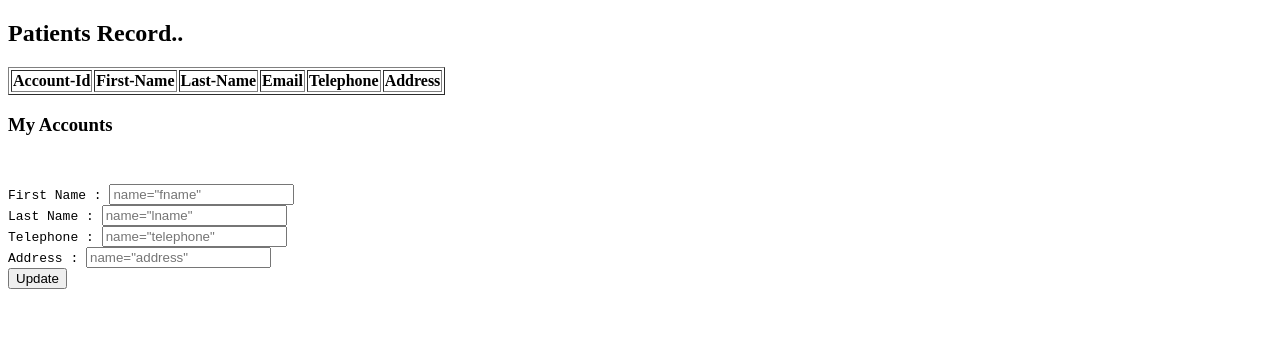
Repository: anujsoni10001/JSP-Servlet
Page: http://localhost/Minor/staff-patient.jsp
The author's editor kept a copy of each file at every save. The page is drawn from the files as they stood at one save, then again after a run of saves.
The browser window is 1280 px wide. The pictures show the whole page.
The page is served by Tomcat 9. Queries for data that is not in the repository find no rows.

Above is the page before, as saved 2019-03-23 05:30:08.

After the next 2 saves:
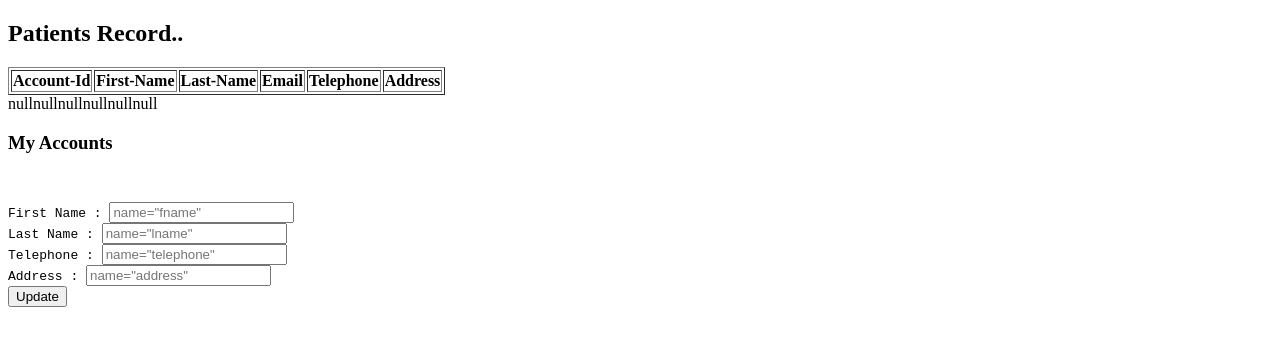
The 2 saves are shown as one change because 1 did not build or start.
The last was saved 25 s later.
--- a/FinalProject/minor - Copy/Minor/WebContent/staff-patient2.jsp
+++ b/FinalProject/minor - Copy/Minor/WebContent/staff-patient2.jsp
@@ -7,7 +7,7 @@
 String email=request.getParameter("email");
 String telephone=request.getParameter("telephone");
 String address=request.getParameter("address");
-out.println();
+out.println(a_id+fname+lname+email+telephone+address);
 %>
 <%@ page language="java" contentType="text/html; charset=ISO-8859-1"
     pageEncoding="ISO-8859-1"%>

After the save that followed:
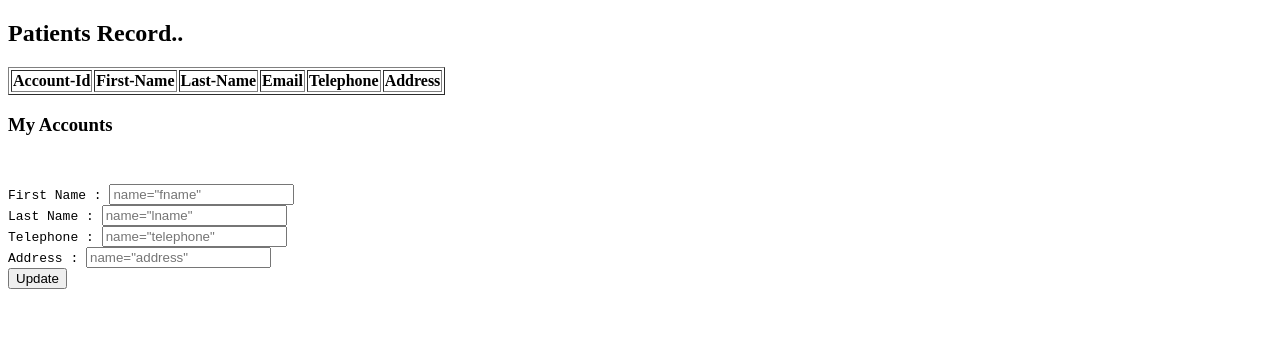
Saved 38 s later.
--- a/FinalProject/minor - Copy/Minor/WebContent/staff-patient2.jsp
+++ b/FinalProject/minor - Copy/Minor/WebContent/staff-patient2.jsp
@@ -7,7 +7,6 @@
 String email=request.getParameter("email");
 String telephone=request.getParameter("telephone");
 String address=request.getParameter("address");
-out.println(a_id+fname+lname+email+telephone+address);
 %>
 <%@ page language="java" contentType="text/html; charset=ISO-8859-1"
     pageEncoding="ISO-8859-1"%>
